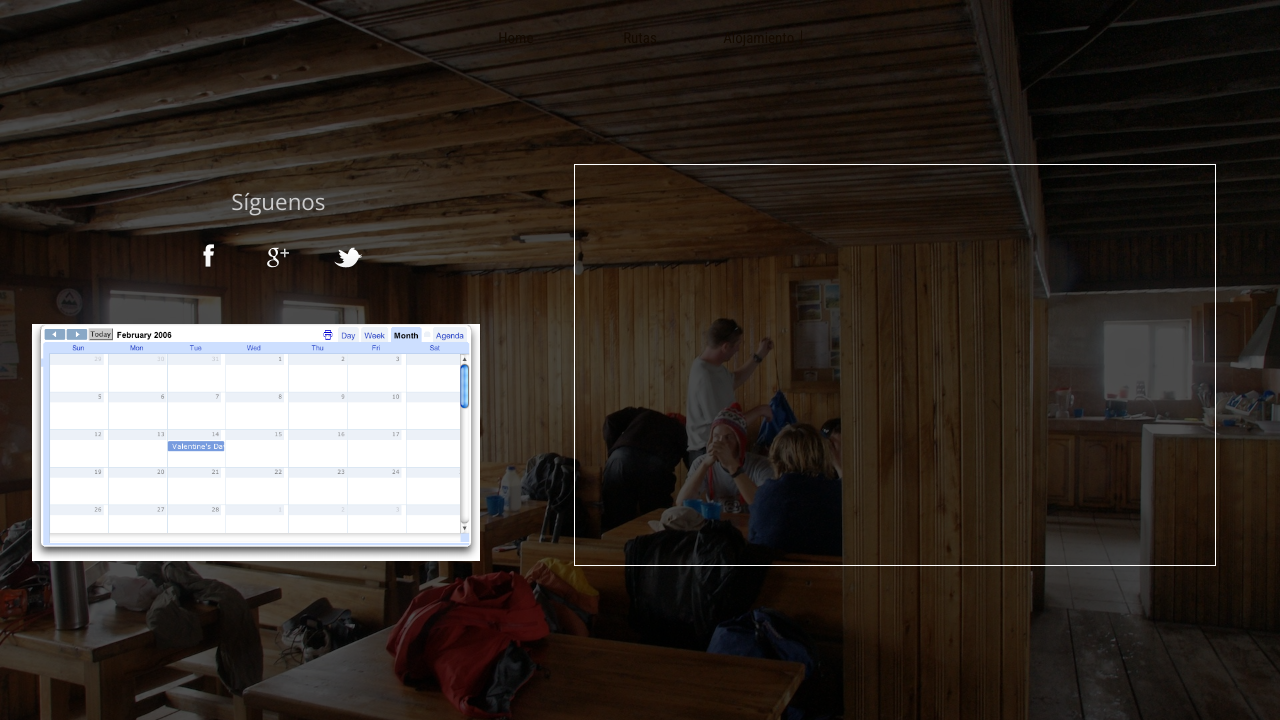
Repository: Croqueta-OPS/proyecto-pyrenees
Page: alojamiento.html
The author's editor kept a record of every edit. The page is drawn from the files as they stood at one moment, then again after the next edit.
The browser window is 1280 px wide. The pictures show the whole page.

Above is the page before.

After the next edit:
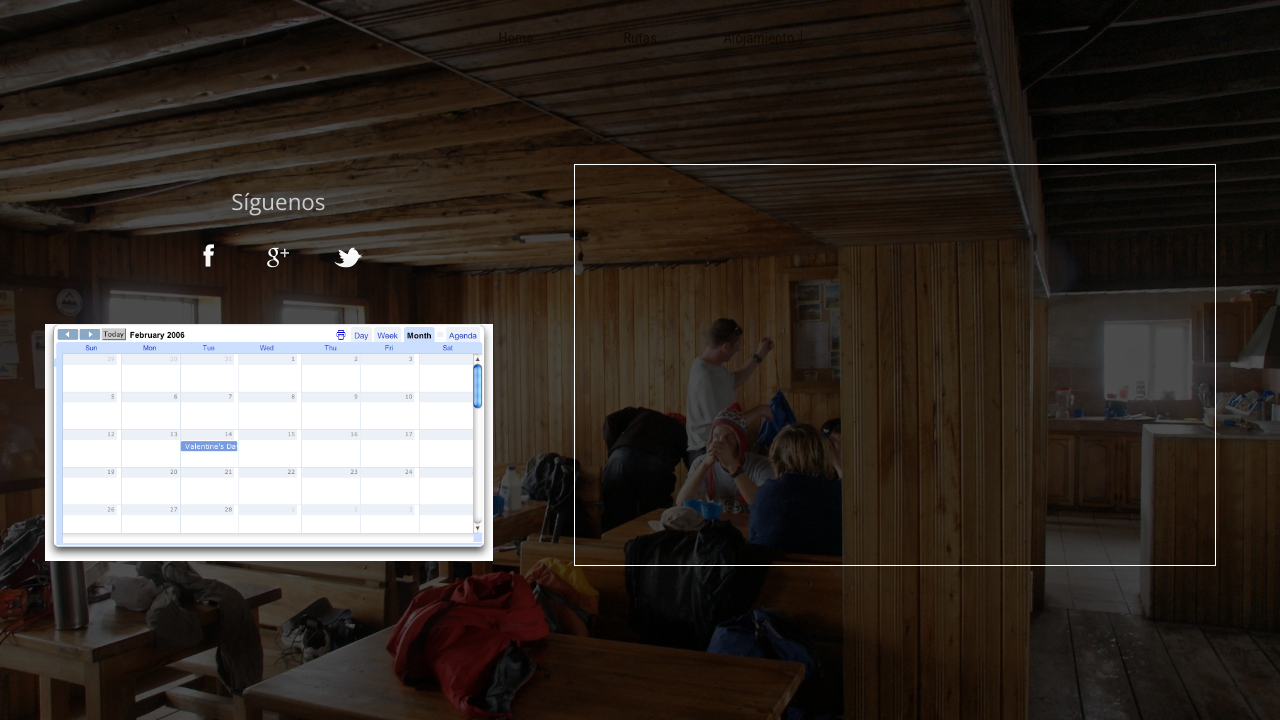
The edit:
--- a/css/camping.css
+++ b/css/camping.css
@@ -64,6 +64,7 @@
 }
 
 .calendario img {
+    margin-left: 3%;
     width: 100%;
 }
 
